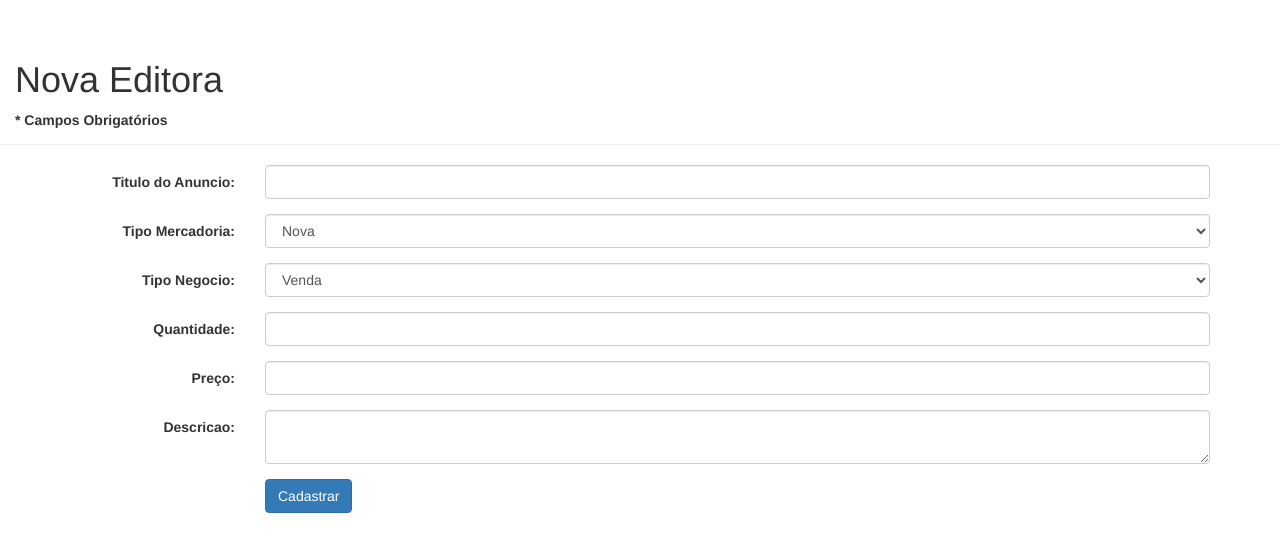
Repository: stefanyco/biblioteca
Page: http://localhost/Biblioteca/editoraAdicionar.jsp
These files come from the project's save history. The page is drawn as it stood at one moment and after the next save; the edit follows.
The browser window is 1280 px wide. The pictures show the whole page.
The page is served by Tomcat 9.

Above is the page before, as saved 2016-11-04 01:20:40.

After the next save:
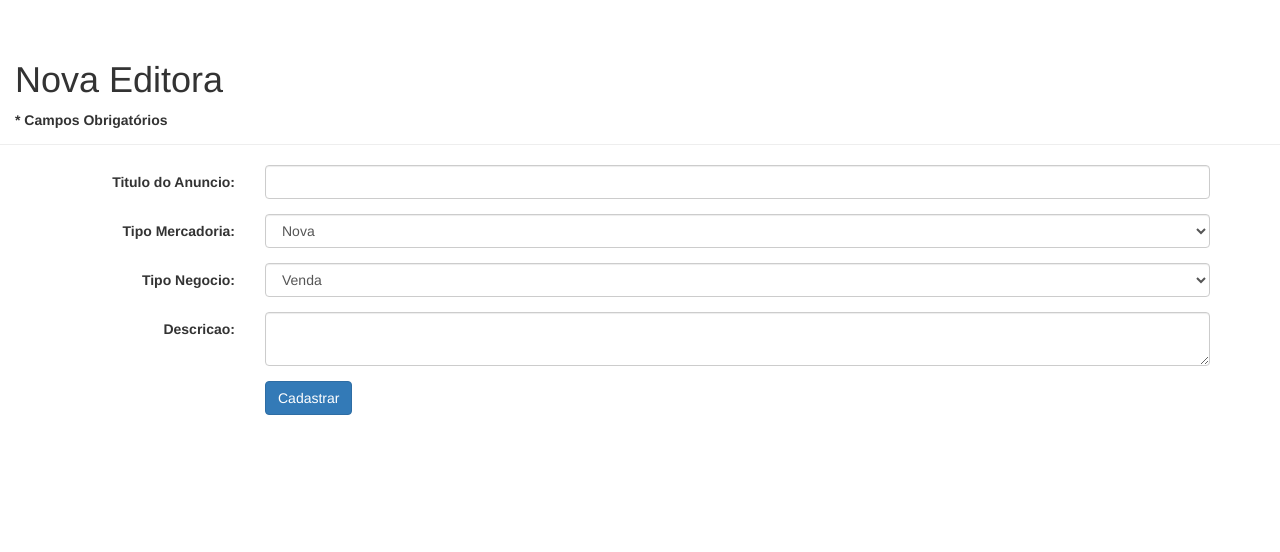
Saved 76 s later.
--- a/Sistema Biblioteca/Biblioteca/WebContent/editoraAdicionar.jsp
+++ b/Sistema Biblioteca/Biblioteca/WebContent/editoraAdicionar.jsp
@@ -44,18 +44,6 @@
 						</div>
 					</div>
 					<div class="form-group">
-						<label for="qtd" class="col-xs-2 control-label">Quantidade:</label>
-						<div class="col-xs-10">
-							<input type="number" class="form-control" name="qtd" id="Qtd">
-						</div>
-					</div>
-					<div class="form-group">
-						<label for="preco" class="col-xs-2 control-label">Preço:</label>
-						<div class="col-xs-10">
-							<input type="text" class="form-control" name="preco" id="Money">
-						</div>
-					</div>
-					<div class="form-group">
 						<label for="descricao" class="col-xs-2 control-label">Descricao:</label>
 						<div class="col-xs-10">
 							<textarea class="form-control" name="descricao" required></textarea>
